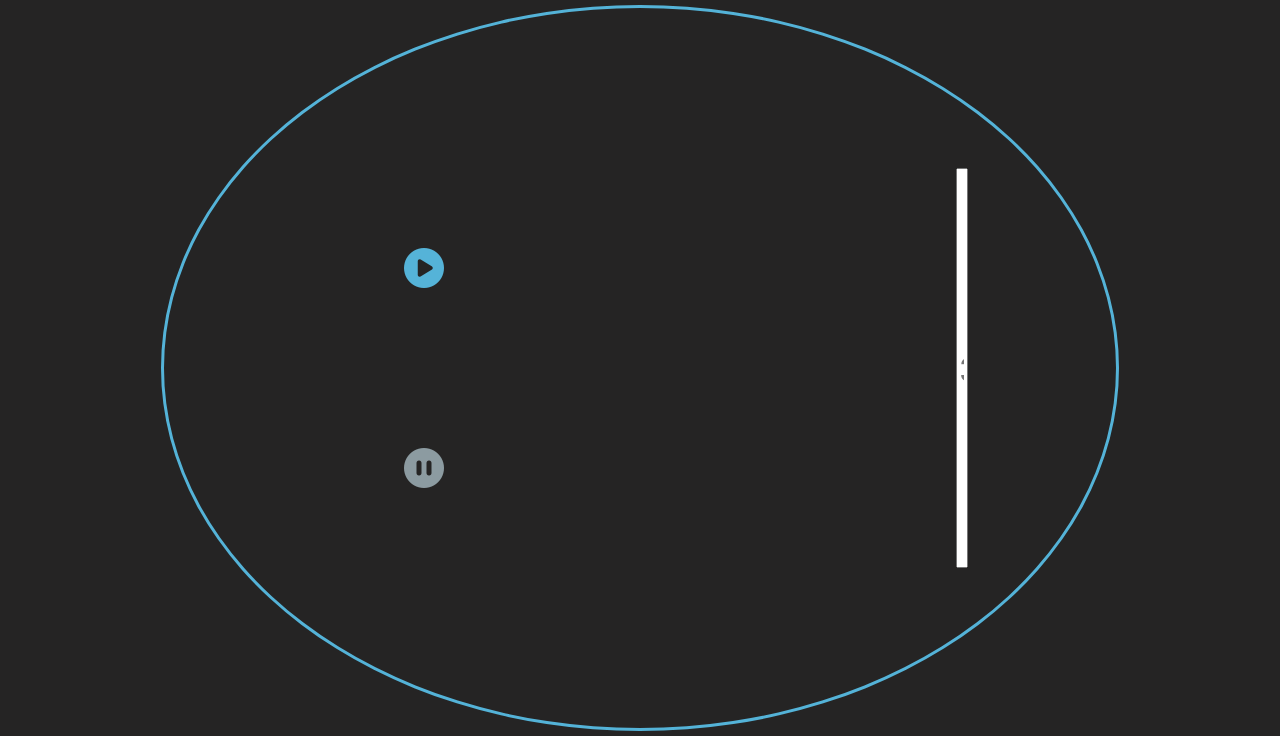
Repository: Sbethm/javascript-challenges
Page: index.html
An editor plug-in stored every save of this project. The page is shown before and after a run of saves, followed by the edit.
The browser window is 1280 px wide. The pictures show the whole page.
Some web libraries are served in a nearby version. The style sheet was rebuilt from its Sass, Less or Tailwind sources for each picture, by a compiler version that may differ from the author's.

Above is the page before, as saved 2021-09-17 09:40:48.

After the next 4 saves:
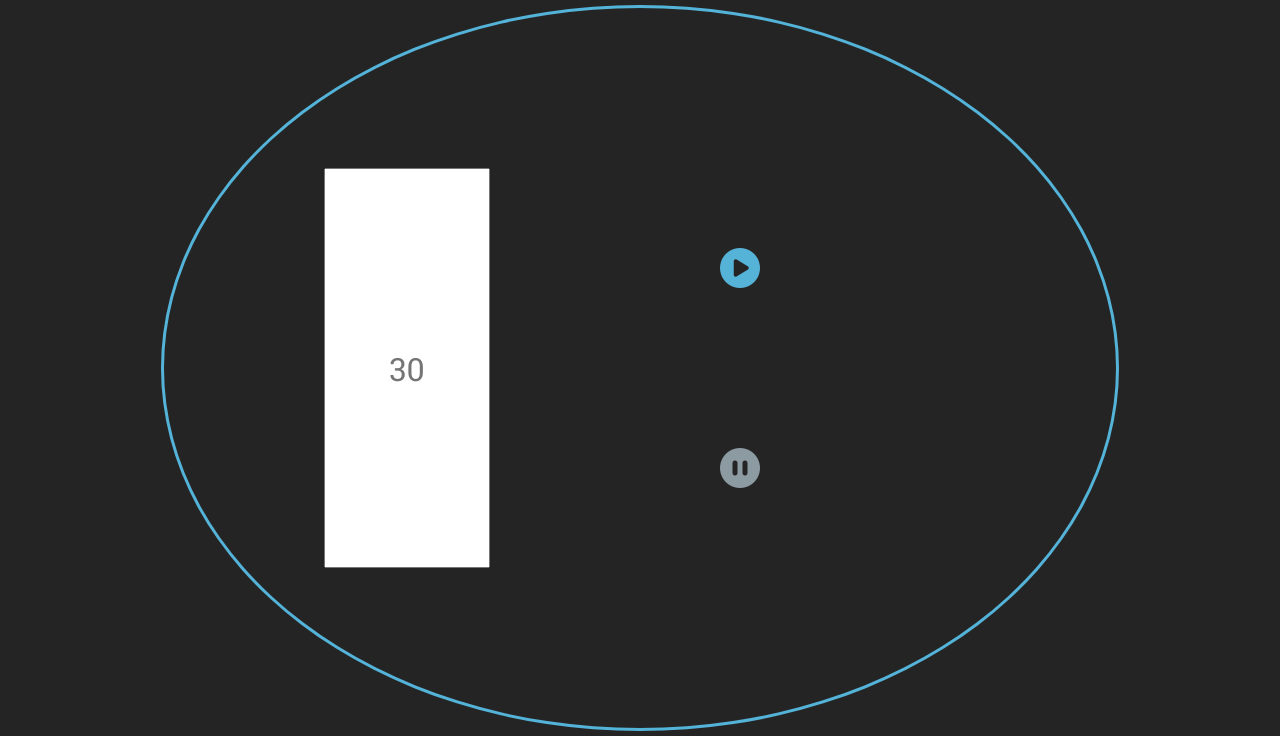
The 4 saves are shown as one change because they came seconds apart.
The last was saved 47 s later.
--- a/SCSS/main.scss
+++ b/SCSS/main.scss
@@ -33,7 +33,7 @@ main{
 
 input {
     width: 50%;
-    grid-area: 1/3;
+    grid-area: 1 / 1 / 2;
     text-align: center;
     font-family: inherit;
     font-size: 100%;
